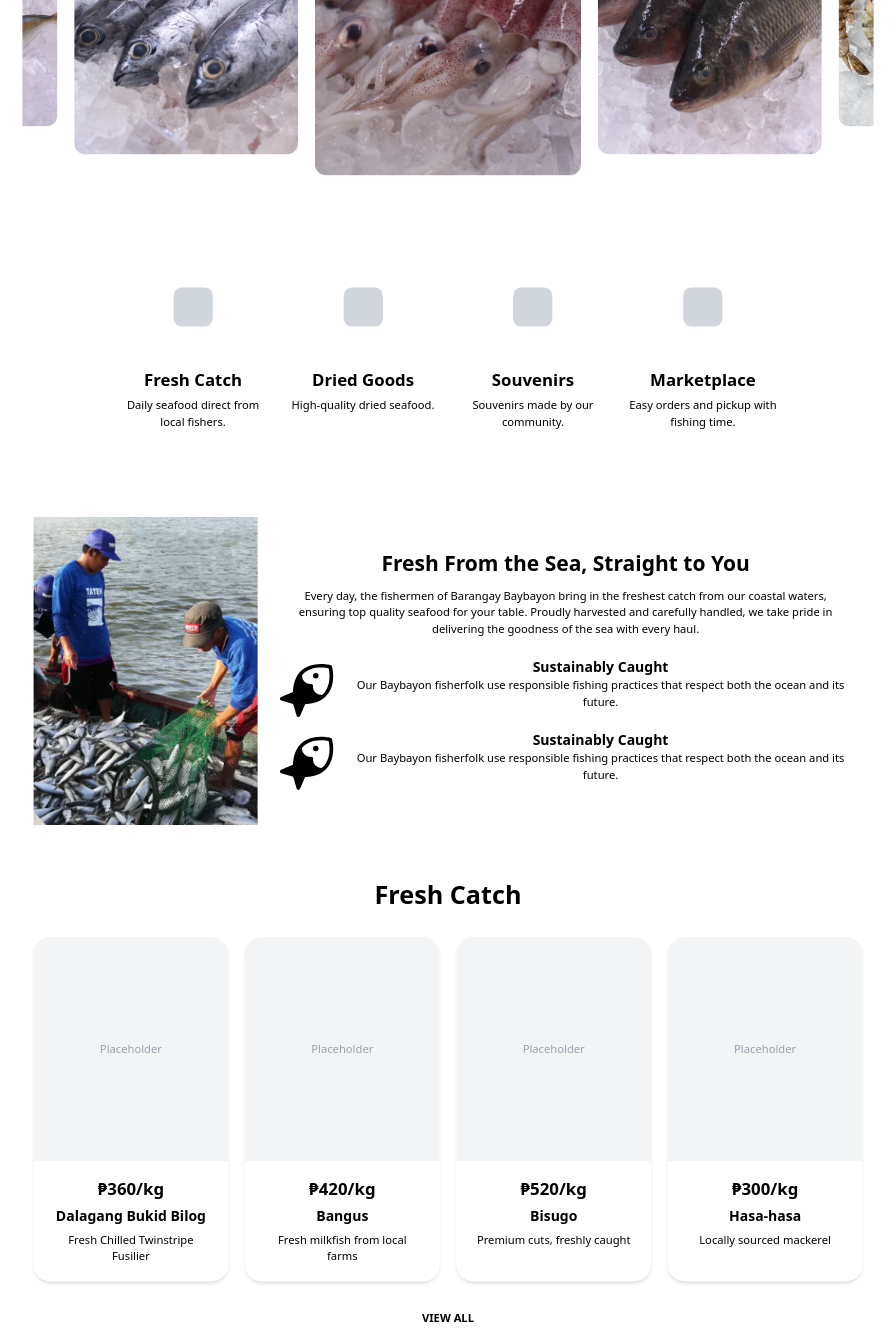
Repository: Coast2Card/coast2cart-frontend
Page: /
These files come from the project's save history. The page is drawn as it stood at one moment and after a run of saves; the edit follows.
The browser window is 1280 px wide. The pictures show the part of the page from y = 861 to 2781 px (the page is 2945 px tall), at 70% of full size.
The project was rebuilt for these pictures with package versions that can differ from the ones it lists, and the page was loaded fresh each time. Also part of the build but not shown: vite.config.js, src/pages/Seafood.jsx, src/pages/Souvenirs.jsx, src/pages/About.jsx, src/pages/Cart.jsx, src/pages/Profile.jsx, src/pages/Colors.jsx.

Above is the page before, as saved 2025-09-07 15:47:55.

After the next 2 saves:
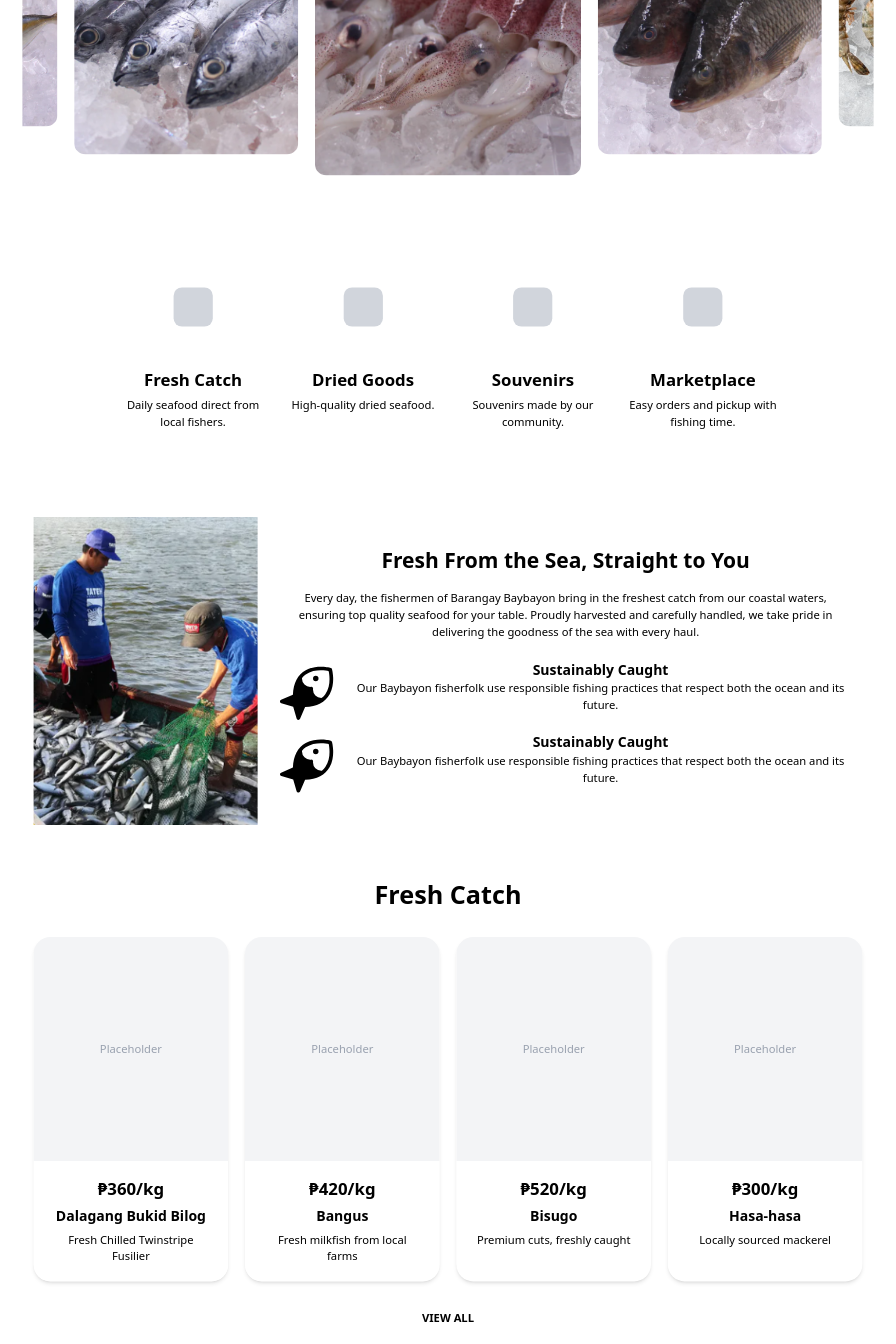
The 2 saves are shown as one change because they came seconds apart.
The last was saved 9 s later.
--- a/src/components/home/HomeGallery.jsx
+++ b/src/components/home/HomeGallery.jsx
@@ -8,7 +8,7 @@ const HomeGallery = () => {
         <img src={homeGallery1} className="w-full h-full object-cover  " />
       </div>
       <div className=" flex flex-col min-w-20  p-4 gap-4 justify-center">
-        <h2 className="font-bold text-3xl text-primary">
+        <h2 className="font-bold text-3xl text-primary mb-2">
           Fresh From the Sea, Straight to You
         </h2>
         <p className="text-md mb-3">
